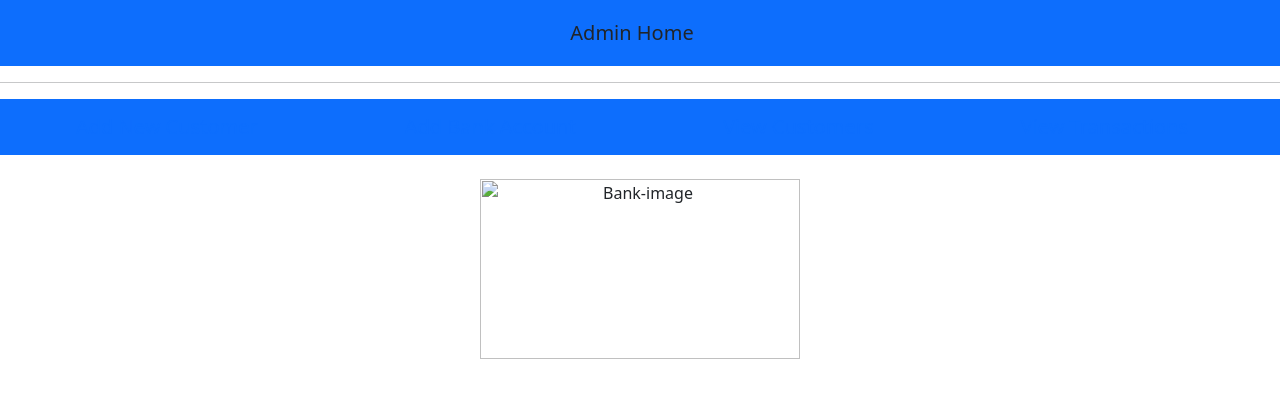
Repository: RMVLajaykumar/monojavaee
Page: http://localhost/13-bankapplication-demo/admin.jsp
An editor plug-in stored every save of this project. The page is shown before and after the next save, followed by the edit.
The browser window is 1280 px wide. The pictures show the whole page.
The page is served by Tomcat 9. Nobody is signed in. The application's start-up code is not run. Other server files are loaded and not shown.

Above is the page before, as saved 2024-07-19 17:47:35.
Not found: 13-bankapplication-demo/13-bankapplication-demo/includes/bank.jpeg

### 13-bankapplication-demo/WebContent/admin.jsp
<%@ page language="java" contentType="text/html; charset=ISO-8859-1"
    pageEncoding="ISO-8859-1"%>
<%@ taglib uri="http://java.sun.com/jsp/jstl/core" prefix="c"%>
<%@ taglib uri="http://java.sun.com/jsp/jstl/functions" prefix="fn"%>
<link href="https://cdn.jsdelivr.net/npm/bootstrap@5.0.2/dist/css/bootstrap.min.css" rel="stylesheet"
  integrity="sha384-EVSTQN3/azprG1Anm3QDgpJLIm9Nao0Yz1ztcQTwFspd3yD65VohhpuuCOmLASjC" crossorigin="anonymous">
<script src="https://cdn.jsdelivr.net/npm/bootstrap@5.0.2/dist/js/bootstrap.bundle.min.js"
  integrity="sha384-MrcW6ZMFYlzcLA8Nl+NtUVF0sA7MsXsP1UyJoMp4YLEuNSfAP+JcXn/tWtIaxVXM" crossorigin="anonymous"></script>
<!DOCTYPE html>
<html>
<head>
<meta charset="ISO-8859-1">
<title>Insert title here</title>
</head>
<body>

  <nav class="navbar bg-primary">
    <div
      class="container-fluid d-flex justify-content-center align-items-center">
      <h1 class="navbar-brand my-2">Admin Home</h1>
    </div>
  </nav>

  <hr />

  <nav class="navbar navbar-expand-lg bg-primary px-5">
    <div class="container-fluid">
      <a class="navbar-brand nav-link" href="add-new-customer.jsp">Add New Customer</a> <a
        class="navbar-brand nav-link" href="add-bank-account.jsp">Add Bank Account</a> <a
        class="navbar-brand nav-link" href="view-customers.jsp">View Customers</a> <a
        class="navbar-brand nav-link" href="view-transactions.jsp">View Transactions</a>
    </div>
  </nav>

  <div class="text-center mt-4">
    <img
      src="./includes/bank.jpeg"
      class="rounded img-fluid" alt="Bank-image" width="50%" />
  </div>


</body>
</html>

After the next save:
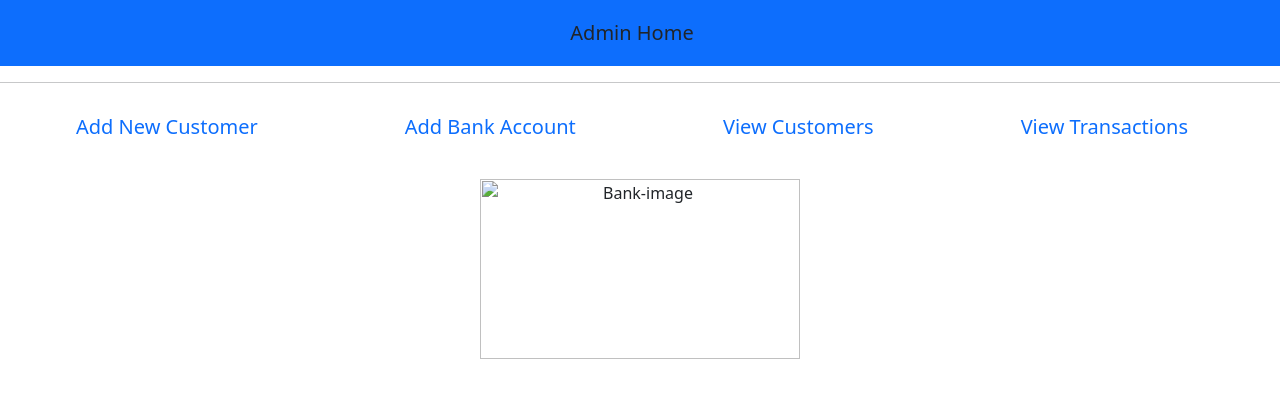
Saved 45 s later.
--- a/13-bankapplication-demo/WebContent/admin.jsp
+++ b/13-bankapplication-demo/WebContent/admin.jsp
@@ -23,7 +23,7 @@
 
   <hr />
 
-  <nav class="navbar navbar-expand-lg bg-primary px-5">
+  <nav class="navbar navbar-expand-lg bg-white px-5">
     <div class="container-fluid">
       <a class="navbar-brand nav-link" href="add-new-customer.jsp">Add New Customer</a> <a
         class="navbar-brand nav-link" href="add-bank-account.jsp">Add Bank Account</a> <a
